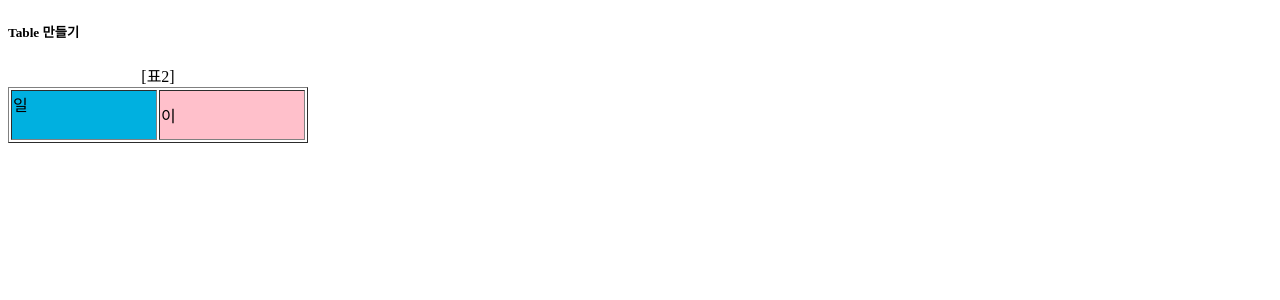
Repository: kimyoda/HomePratice
Page: Javawork/javascript/src/main/webapp/pratice/Ex1_test.html
These files come from the project's save history. The page is drawn as it stood at one moment and after the next save; the edit follows.
The browser window is 1280 px wide. The pictures show the whole page.
Some web fonts or font styles are not loaded; a fallback is used.

Above is the page before, as saved 2023-09-26 16:27:06.

### Javawork/javascript/src/main/webapp/pratice/Ex1_test.html
<!DOCTYPE html>
<html>
<head>
<meta charset="UTF-8">
<title>Insert title here</title>
<link href="https://fonts.googleapis.com/css2?family=Gamja+Flower&family=Jua&family=Lobster&family=Nanum+Pen+Script&family=Permanent+Marker&family=Single+Day&display=swap" rel="stylesheet">
    <style>
        body * {
            font-family: 'Jua';
        }
        table tr{
			height: 50px;
		}
    </style>
<script>
   window.onload = function(){

   }
</script>
</head>
<body>
	<h5>Table 만들기</h5>
   <table border="1" style="width: 300px;" heigh ="100">
   <caption>[표2]</caption>
   <tr>
	   <td rowspan="3" valign = "top" bgcolor="skybule">일</td>
	   <td colspan="3"  bgcolor="pink">이</td>
   </tr>
   </table>
</html>

After the next save:
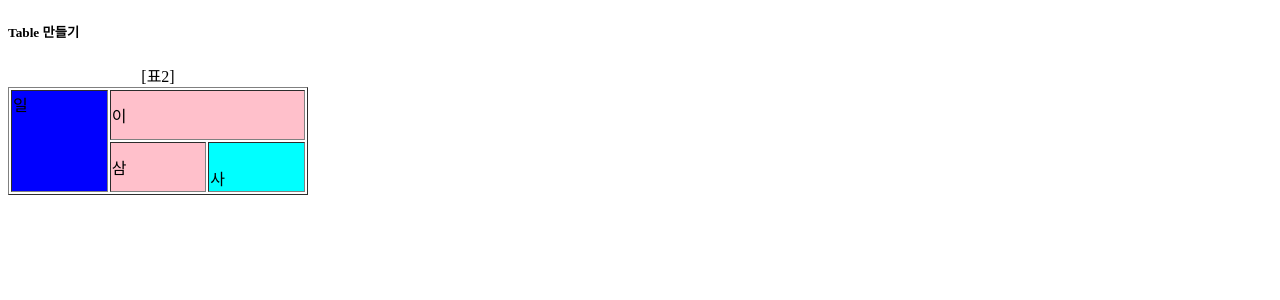
Saved 88 s later.
--- a/Javawork/javascript/src/main/webapp/pratice/Ex1_test.html
+++ b/Javawork/javascript/src/main/webapp/pratice/Ex1_test.html
@@ -23,8 +23,13 @@
    <table border="1" style="width: 300px;" heigh ="100">
    <caption>[표2]</caption>
    <tr>
-	   <td rowspan="3" valign = "top" bgcolor="skybule">일</td>
+	   <td rowspan="3" valign = "top" bgcolor="blue">일</td>
 	   <td colspan="3"  bgcolor="pink">이</td>
+   </tr>
+   <tr>
+	   <td colspan="2" bgcolor="pink">삼</td>
+	   <td rowspan="3" bgcolor="cyan" valign ="bottom">사</td>
+
    </tr>
    </table>
 </html>
